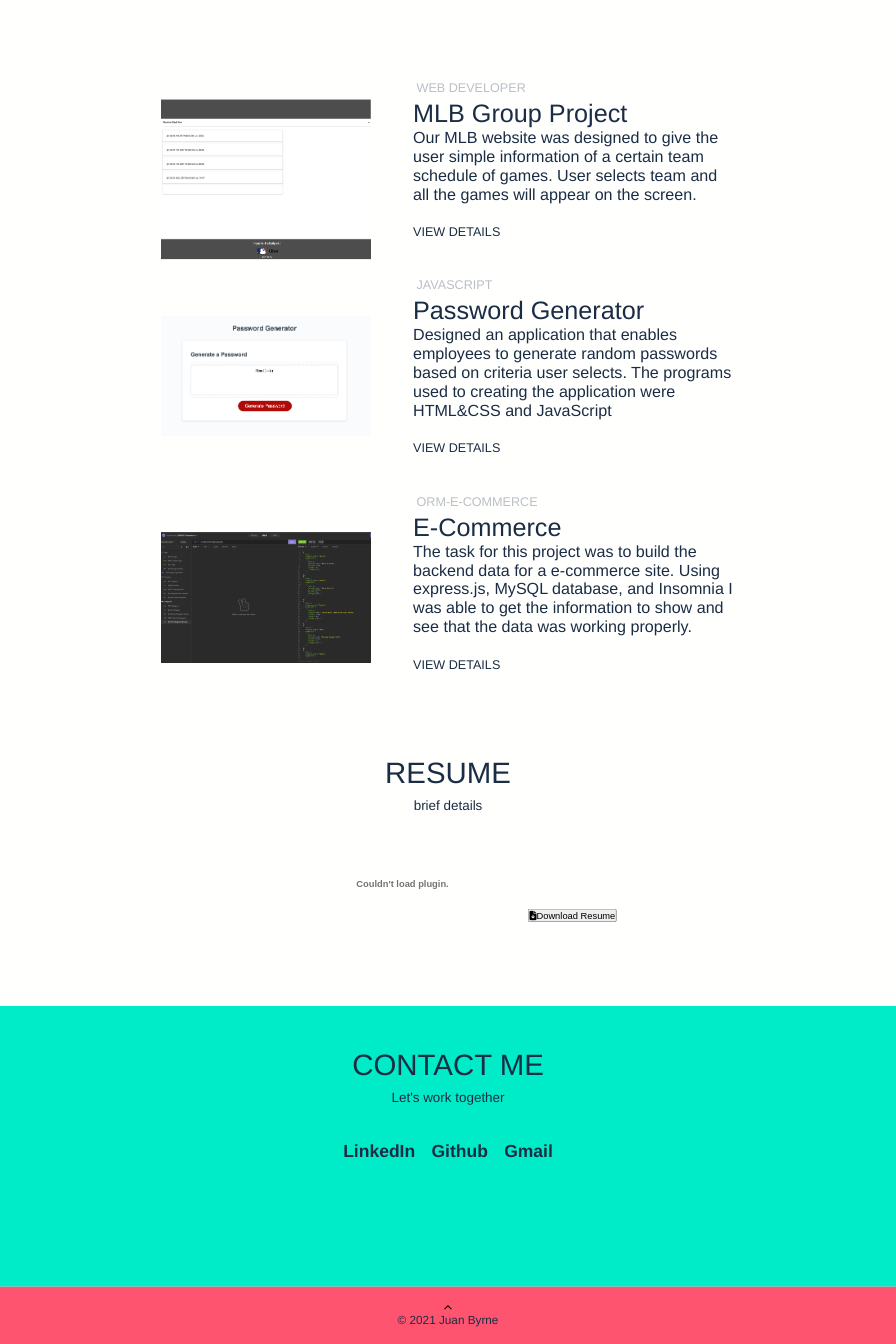
Repository: jb150524/JB-Portfolio
Page: index.html
An editor plug-in stored every save of this project. The page is shown before and after the next save, followed by the edit.
The browser window is 1280 px wide. The pictures show the part of the page from y = 2423 to 4343 px (the page is 4343 px tall before and 4329 px after), at 70% of full size.
Some web libraries are served in a nearby version.

Above is the page before, as saved 2021-09-25 21:20:57.

### index.html
<!DOCTYPE html>
<!-- saved from url=(0053)file:///Users/jja/FullStack_HW/juanwebsite/index.html -->

    <html lang="en"><head><meta http-equiv="Content-Type" content="text/html; charset=UTF-8">

    <meta http-equiv="X-UA-Compatible" content="IE=edge">
    <meta name="viewport" content="width=device-width, initial-scale=1.0">

    <!-- CSS style sheet -->
    <link rel="stylesheet" href="style.css">

    <!-- adding icons  -->
    <script src="https://kit.fontawesome.com/11dfd97c40.js" crossorigin="anonymous"></script>

    <title>Juan's Portfolio</title>
    </head>

    <body>
      <header>
      <nav class="top-nav">
        <ul class="nav-list">
        <li>
        <a href="file:///Users/jja/FullStack_HW/juanwebsite/index.html">Home</a>
        <a href="file:///Users/jja/FullStack_HW/juanwebsite/index.html#about">About</a>
        <a href="file:///Users/jja/FullStack_HW/juanwebsite/index.html#portfolio">Portfolio</a>
        <a href="file:///Users/jja/FullStack_HW/juanwebsite/index.html#resume">Resume</a>
        <a href="file:///Users/jja/FullStack_HW/juanwebsite/index.html#contact">Contact</a>
        </li>
        </ul>
      </nav>

    <div class="main">
      <div class="landing-text">
        <h1>JuanByrne</h1>
        <h6>Graphic Designer and Full Stack Web Developer</h6>
      </div>
    </div>
    </header>

    <section class="about" id="about">
      <div class="container">
          <a class="about-details">
        <div class="about-heading">
          <h1>About</h1>
          <h6>Myself</h6>
        </div>
          <p>
          I'm a Graphic Designer trying to become a full stack developer. I am from Guadalajara, Mexico. I was born in Mexico, but at a young age I moved to the USA. One of my favorite hobbies is playing competative soccer. Playing soccer has taught me perseverance, how to be a team player, and most importantly how to lose. I currently live in Wayne, Pennsylvania, but have previously lived in Guadalajara, Mexico and Orange County, California. I want to become a web developer because I want to learn a skill that motivates me and pushes me to try new things. I am excited about web developing and want a career that gives me a spark, like I get when I play soccer, with competitiveness, passion, and the belief that I can succeed.
          </p>
          </a>
      </div>
    </section>

      <a class="about-details">
        <section class="experience" id="experience">
            <div class="container">
              <div class="section-heading">
                <h1>Experience</h1>
                <h6>What I can do for you</h6>
              </div>
          <div class="my-skills">
          <div class="skills" alt ="">
            <div class="icon-container">
              <i class="fas fa-layer-group"></i>
            </div>
            <h1>Graphic Designer</h1>
            <p>
            I'm a Graphic Designer with two years of experience working in the advertising industry. Possesses a high degree of competence using programs such as Adobe Photoshop, InDesign, Illustrator, and HTML & CSS.
            </p>
          </div>

        <div class="skills">
          <div class="icon-container">
            <i class="fas fa-laptop-code"></i>
          </div>
              <h1>Web Development</h1>
              <p>
              I'm a full stack developer. I have a great understanding in Javascript, bootstrap, jQuery and Node.
              </p>
            </div>
          </div>
        </div>
      </section>
    </a>

      <section class="portfolio" id="portfolio"><a class="about-details"></a>
        <div class="container"><a class="about-details">
          <div class="section-heading">
            <h1>Portfolio</h1>
            <h6>View my recent work</h6>
            </a>
            </div>
          </div>
          <div class="portfolio-item"><a class="about-details">
            <div class="portfolio-img has-margin-right">
              <img src="images/MLB Site.png" alt="">
            </a>
            </div>
              <div class="portfolio-description"><a class="about-details">
              <h6>Web Developer</h6>
              <h1>MLB Group Project</h1>
              <p>
              Our MLB website was designed to give the user simple information of a certain team schedule of games. User selects team and all the games will appear on the screen.
              </p>
              </a>
            <a href="file:///Users/jja/FullStack_HW/juanwebsite/index.html#" class="cta"> View Details</a>
        </div>
      </div>
    <div>

     <div class="portfolio-item">
          <div class="portfolio-img has-margin-right">
            <img src="images/passGenerator.png" alt="">
            </div>
            <div class="portfolio-description">
            <h6>Javascript</h6>
            <h1>Password Generator</h1>
            <p>
            Designed an application that enables employees to generate random passwords based on criteria user selects. The programs used to creating the application were HTML&CSS and JavaScript
            </p>
            <a href="file:///Users/jja/FullStack_HW/juanwebsite/index.html#" class="cta"> View Details</a>
            </div>
        </div>

      <div>
          <div class="portfolio-item">
            <div class="portfolio-img has-margin-right">
              <img src="images/E-Commerce.png" alt="">
              </div>
              <div class="portfolio-description">
              <h6>ORM-E-Commerce</h6>
              <h1>E-Commerce</h1>
              <p>
              The task for this project was to build the backend data for a e-commerce site. Using express.js, MySQL database, and Insomnia I was able to get the information to show and see that the data was working properly.
              </p>
              <a href="file:///Users/jja/FullStack_HW/juanwebsite/index.html#" class="cta"> View Details</a>
            </div>
          </div>
      </div>
    </section>

    <section class="resume" id="resume">
      <div class="container">
        <div class="section-heading">
          <h1>Resume</h1>
          <h6>brief details</h6>
          <embed src="/images/FullStackDeveloper2021Resume.pdf" type="application/pdf" width="55%" height="100px" />
          <!-- <input type="button" value="Download!"> -->
          <button class="btn"><i class="fas fa-file-download"></i>Download Resume</button>
        </div>
      </div>

    <section class="contact" id="contact">
        <div class="container">
          <div class="section-heading">
          <h1>Contact Me</h1>
          <ul>
          <li>
          <h6>Let's work together</h6>
          <a href="https://www.linkedin.com/in/juan-byrne-43869ab7/">LinkedIn</a>
          <a href="https://github.com/jb150524">Github</a>
          <a href="file:///Users/jja/FullStack_HW/juanwebsite/juan1505@gmail.com">Gmail</a>
          </li>
          </ul>
        </div>
       </div>
    </section>

    <footer class="copyright">
      <div class="up" id="up">
       <i class="fas fa-chevron-up"></i>
      </div>
      <p>© 2021 Juan Byrne</p>
    </footer>
  </section>


</body>
</html

### style.css
/* Start global*/

* {
    margin: 0;
    padding: 0;
    box-sizing: border-box;
}

html {
    font-size: 12px;
    font-family: Helvetica, sans-serif;
    /* color: rgb(255, 255, 255); */
}

body {
    width: 100%;
    height: 100%;
    background-color: #fffffe;
    background-size: cover;
}

section {
    padding: 60px 0;
}

h6 {
    color: #1b2d45;
    margin: 5px;
}

a {
    text-decoration: none;
    color: #1b2d45;
}

p {
   font-size: 23px;
   font-weight: 300;
   color: #1b2d45;
}



img {
    max-width: 100%;
    height: auto;
}

.main {
    padding: 16px;
    margin-top: 30px;
    height: 1500px; /* Used in this example to enable scrolling */
  }

/* Start reusable*/

.container {
    width: 50%;
    max-width: 120rem;
    height: 100%;
    margin: 0 auto;
    position: relative;
}

.container-details p {
    font-size: 200px;
    padding: 35px;
}

.section-heading {
    text-align: center;
    margin-bottom: 10rem;
}

.section-heading h1 {
    font-family: major mono display, Helvetica, sans-serif;
    font-size: 3.5rem;
    color: #1b2d45;
    text-transform: uppercase;
    font-weight: 300;
    position: relative;
    margin-bottom: 1rem;
}

.section-heading h1::before,
.section-heading h1::after {
    content: "";
    position: absolute;
    bottom: -.5rem;
    left: 50%;
    transform: translateX(-59%);
    background: color #fff8e8;
}

.section-heading h1::before {
    width: 10rem;
    height: 3px;
    border-radius: .8rem;
}

.section-heading h1::after {
    height: 1.5rem;
    border-radius: .100%;
    bottom: 1rem;
}

.section-heading h6 {
    font-size: 1.6rem;
    font-weight: 300;
    margin-bottom: 50px;
}

.has-margin-right {
    margin-right: 5rem;
}
/* End reusable*/

/* Start header*/
header {
    width: 100%;
    height: 100vh;
}

.nav-list {
    z-index: 2;
    top: 0;
    background:#00ebc7;
    overflow: hidden;
    font-size: 35px;
    font-family: major mono display;
    margin: 0;
    padding: 20px;
    position: fixed;
    list-style: none;
    width: 100%;
    display: flex;
    justify-content: center;
    align-items: flex-start;
    text-decoration: none;
}

li {
    margin: 0;
    list-style: none;
}

.nav-link {
    font-family: Arial, Helvetica, sans-serif;
    font-size: 15px;
    padding: 5px;
}

.nav-link:hover,
.nav-ink:focus {
    background: linear-gradient(to top, #5725b3, #9e91e9 );
    -webkit-background-clip: text;
    -webkit-text-fill-color: transparent;

}

.landing-text{
    position: absolute;
    top: 50%;
    left: 50%;
    transform: translate(-50%, -50%);
    width: 100%;
    text-align: center;
    z-index: 1;
}

.landing-text h1 {
    font-size: 150px;
    font-family: major mono display, Helvetica, sans-serif, Helvetica, sans-serif;
    background: linear-gradient(to top, #110202, #000000 );
    -webkit-background-clip: text;
    -webkit-text-fill-color: transparent;
    padding: 1rem;
    user-select: none;

}

.landing-text h6 {
    font-size: 2rem;
    font-weight: 300;
}
/* End header*/

.about .container {
    display: flex;
    align-items: center;
    justify-content: center;
}

.about-heading {
    text-align: center;
    text-transform: uppercase;
    line-height: 10px;
    margin-bottom: 6rem;
}

.about-heading h1 {
    font-size: 10rem;
    opacity: .3;
    font-family: major mono display;
}

.about-heading h6 {
    font-size: 2rem;
    font-weight: 300;
}

/* .about-container p {
   font-size: 50px;
} */

.profile-img {
    max-width: 100%;
    display: inline-block;
}

/* Start services*/

.my-skills {
    display: grid;
    /* grid-template-columns: repeat(auto-fit, min max(25rem, 1fr)); */
    grid-gap: 2.5rem;
    text-align: center;
}

.skills p {
    padding: 15px 5px 5px 5px;
    text-align: left;
}

.skills h1 {
    text-transform: uppercase;
    letter-spacing: 2px;
    margin: 2rem -2px 2rem 0;
}

.icon-container {
    width: 10rem;
    height: 10rem;
    border: 2px solid #1b2d45;
    background-color: #00ebc7;
    margin-bottom: 2rem;
    display: inline-block;
}

.icon-container .fas {
    margin: 27px -35px 0px -36px;
}

.icon-container i {
    color:#1b2d45;
    font-size: 5rem;
    margin: auto;
}
/* End services*/

/* Start portfolio*/

.portfolio-item {
    display: flex;
    align-items: end;
    justify-content: center;
    flex-direction: row;
    flex-wrap: wrap;
    align-content: stretch;
    margin-bottom: 50px;

}
.portfolio-img {
    width: 300px;
    height: 200px;
    background-size: 100%;
}

.portfolio-item:last-child {
    margin: 0;
}

.portfolio-description {
    flex: .5;
    color: #1b2d45;

}

.portfolio-description h1 {
    font-size: 3rem;
    font-weight: 300;
    margin: 1px 0;
    display: contents;
}

.portfolio-description h6 {
    font-size: 1.5rem;
    text-transform: uppercase;
    font-weight: 300;
    opacity: 0.3;
}

.portfolio-description .cta {
    display: inline-block;
    margin-top: 2.5rem;
    font-size: 1.5rem;
    text-transform: uppercase;
    color: #1b2d45;
    transition: color 650ms;
}

.portfolio-description .cta:hover {
    color: #2f67cd;
}
/* End portfolio*/


/*Star contact*/

.contact {
    background-color:#00ebc7;
}

.contact a {
    font-weight: bold;
    margin: 10px;
    margin-top: 20px;
    padding: 15px 0;
    text-align: center;
    font-size: 25px;
}

/*End contact*/

/*Star footer*/

.copyright {
    width: 100%;
    text-align: center;
    background-color:#ff5470;
    padding: 2rem 0;
    position: absolute;
    display: block;
}

/* .up {
    position: absolute;
    width: 5rem;
    height: 5rem;
    background-color: burlywood;
    top: -2.5rem;
    right: 5rem;
    border-radius: 100%;
    display: flex;
    animation: pulse 2s infinite;
    cursor: pointer;
}

.up i {
    color: navy;
    font-size: 2rem;
    margin: auto;
} */

.copyright p {
    font-size: 1.4rem;
}
/*End footer*/

/*Start Button animation*/

@keyframes pulse {
    0%{
        box-shadow: 0 0 0 0 rgba(253, 87, 191, 0.99);
    }
    70%{
        box-shadow: 0 0 0 2rem rgba(253, 87, 191, 0);
    }
    100%{
        box-shadow: 0 0 0 0 rgba(253, 87, 191, 0);
    }
}
/*End Button animation*/

/*Start media queries*/

@media screen and (max-width: 768px) {
    body {
        background-color: #fffffe;
        background-size: cover;
    }

    .landing-text h1 {
        font-size: 70px;
    }

    .landing-text h6 {
        font-size: 1.7rem;
    }

    .nav-list {
        font-size: 15px;
    }

    li {
        margin: 2rem 0;
    }

    .nav-ink {
        font-size: 4.5rem;
    }

    .about-heading {
        font-size: 15px;
    }

    .section-heading h1 {
        font-size: 3rem;
    }

    .about-details .nav-list {
        flex-direction: initial;
    }

    .about-details li {
        font-size: 10px;
        margin: 0 2rem;
    }

@media screen and (max-width: 600px) {

    .landing-text h1 {
        font-size: 8rem;
    }

    .landing-text h6 {
        font-size: 1.4rem;
    }

    .nav-link {
        font-size: 3.5rem;
    }

    .profile-img {
        margin-top: 0 0 7rem 0;
    }

    .portfolio-item {
        flex-direction: column;
    }

    .portfolio-img {
        margin: 0 0 2rem 0;
        order: 1;
    }

    .portfolio-description {
        margin: 0;
        order: 2;
    }

    form {
        width: 100%;
    }

    .up {
        right: 2rem;
    }
}
/*End media queries*/

After the next save:
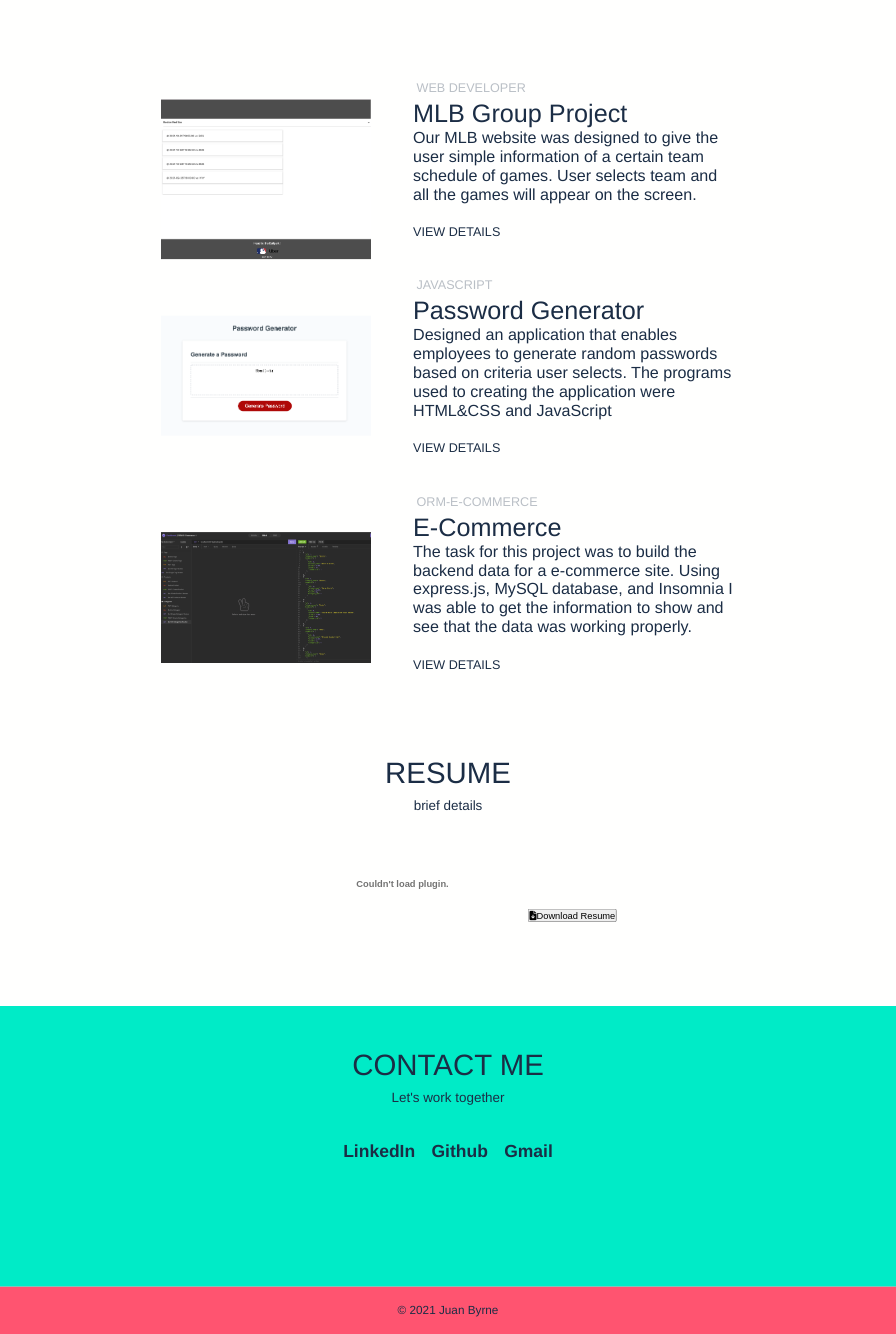
Saved 100 s later.
--- a/index.html
+++ b/index.html
@@ -168,7 +168,7 @@
 
     <footer class="copyright">
       <div class="up" id="up">
-       <i class="fas fa-chevron-up"></i>
+       <!-- <i class="fas fa-chevron-up"></i> -->
       </div>
       <p>© 2021 Juan Byrne</p>
     </footer>
